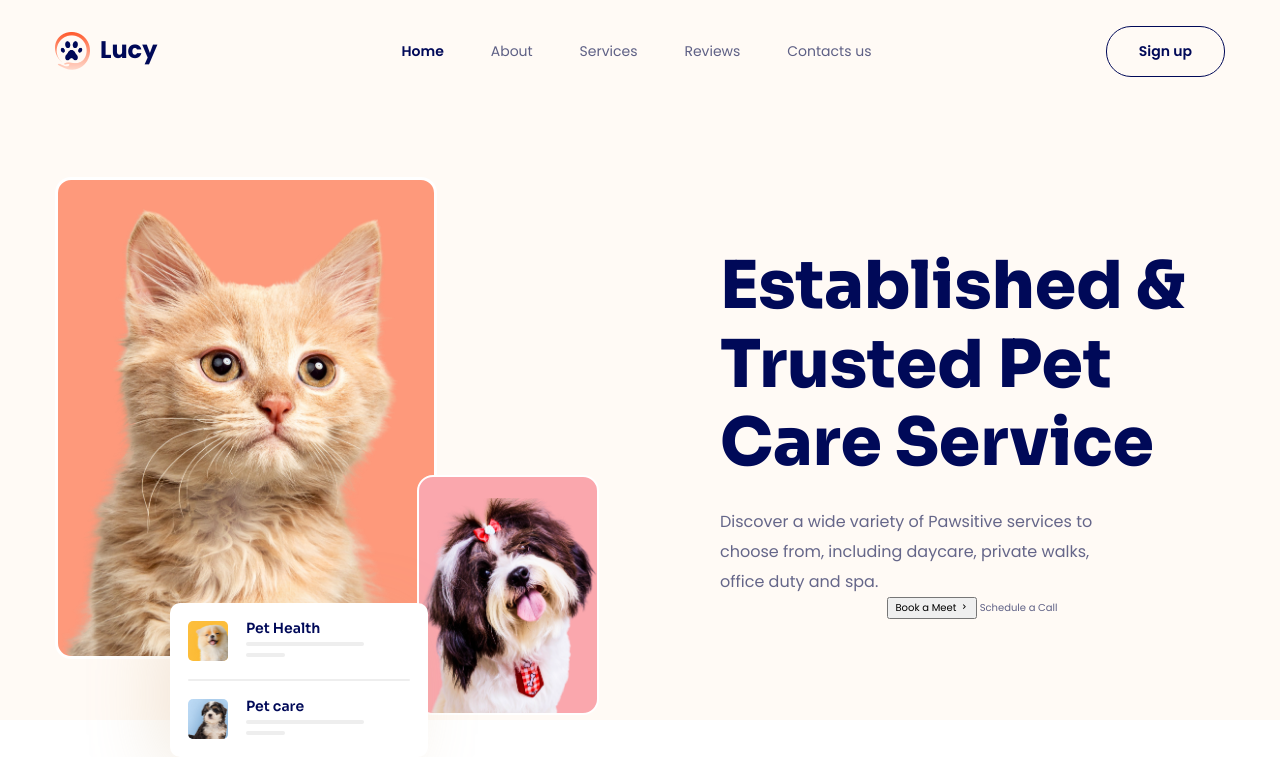
Repository: Cuongquaidan/F8projeact-04
Page: index.html
An editor plug-in stored every save of this project. The page is shown before and after the next save, followed by the edit.
The browser window is 1280 px wide. The pictures show the whole page.

Above is the page before, as saved 2023-04-15 10:13:33.

### index.html
<!DOCTYPE html>
<html lang="en">
    <head>
        <meta charset="UTF-8" />
        <meta http-equiv="X-UA-Compatible" content="IE=edge" />
        <meta name="viewport" content="width=device-width, initial-scale=1.0" />
        <title>F8project-4</title>
        <!-- reset css -->
        <link rel="stylesheet" href="./asset/css/reset.css" />
        <!-- font -->
        <link rel="preconnect" href="https://fonts.googleapis.com" />
        <link rel="preconnect" href="https://fonts.gstatic.com" crossorigin />
        <link
            href="https://fonts.googleapis.com/css2?family=Poppins:ital,wght@0,200;0,300;0,400;0,500;0,600;0,700;0,800;0,900;1,100;1,200;1,300;1,400;1,500;1,600;1,700;1,800;1,900&family=Sora:wght@100;200;300;400;500;600;700;800&display=swap"
            rel="stylesheet"
        />
        <!-- icon -->
        <link
            href="https://unpkg.com/boxicons@2.1.4/css/boxicons.min.css"
            rel="stylesheet"
        />

        <!-- styles -->
        <link rel="stylesheet" href="./asset/css/styles.css" />
        <link rel="stylesheet" href="./asset/css/responsive.css" />
    </head>
    <body>
        <div class="header">
            <div class="container">
                <a href="#" class="brand__link">
                    <div class="header__brand">
                        <img
                            src="./asset/img/logo.png"
                            alt="Lucy"
                            class="brand__img"
                        />
                        <span class="brand__name">Lucy</span>
                    </div>
                </a>
                <ul class="header__nav">
                    <li class="header__nav-item">
                        <a
                            href="#header"
                            class="nav-item__link nav-item--active"
                            >Home</a
                        >
                    </li>
                    <li class="header__nav-item">
                        <a href="#about" class="nav-item__link">About</a>
                    </li>
                    <li class="header__nav-item">
                        <a href="#services" class="nav-item__link">Services</a>
                    </li>
                    <li class="header__nav-item">
                        <a href="#reviews" class="nav-item__link">Reviews</a>
                    </li>
                    <li class="header__nav-item">
                        <a href="#contacts" class="nav-item__link"
                            >Contacts us</a
                        >
                    </li>
                </ul>
                <div class="header__action">
                    <button class="header__action-btn">Sign up</button>
                </div>
            </div>
            <div class="hero">
                <div class="container hero__container">
                    <div class="hero__cards">
                        <div class="cards__media">
                            <div class="cards__main-card">
                                <img src="./asset/img/pattern-1.svg" alt="pattern" class="main-card__decor">
                                <img
                                    src="./asset/img/conmeovang.png"
                                    alt="Meomeo"
                                    class="main-cards__img"
                                />
                                <img src="./asset/img/pattern-2.svg" alt="pattern" class="main-card__decor">
                            </div>
                            <div class="cards__sub-card">
                                <img
                                    src="./asset/img/conchohong.png"
                                    alt="Pets"
                                    class="sub-cards__img"
                                />
                            </div>
                        </div>
                        <div class="cards__info-card">
                            <div class="info-card__pet">
                                <div class="pet__bg-img"><img src="./asset/img/conchovang.png" alt="pets" class="pet__img"></img></div>
                                   <div class="info__inner-card">
                                    <p class="pet__title">Pet Health</p>
                                    <div class="pet__skeleton-long"></div>
                                    <div class="pet__skeleton-short"></div>
                                   </div>

                            </div>
                            <div class="seperate"></div>
                            <div class="info-card__pet">
                                <div class="pet__bg-img"> <img src="./asset/img/conchoxanh.png" alt="pets" class="pet__img"></img></div>
                                <div class="info__inner-card">
                                    <p class="pet__title">Pet care</p>
                                <div class="pet__skeleton-long"></div>
                                <div class="pet__skeleton-short"></div>
                                </div>
                            </div>
                        </div>
                    </div>
                    <section class="hero__contents">
                        <p class="hero__contents-title title">Established &
                            Trusted Pet
                            Care Service</p>
                        <p class="hero__contents-desc desc">
                            Discover a wide variety of Pawsitive services to choose from, including daycare, private walks, office duty and spa.
                        </p>
                        <div class="hero__contents-booking">
                            <button class="btn booking__btn">Book a Meet <span class="book-chevron"><i class='bx bx-chevron-right'></i></span></button>
                            <a href="#!" class="booking-call">Schedule a Call</a>
                        </div>
                    </section>
                </div>
            </div>
        </div>
        <script src="./app.js"></script>
    </body>
</html>

### asset/css/styles.css
* {
    box-sizing: border-box;
}
html {
    font-size: 62.5%;
}

:root {
    --primary-background-color: #fffaf5;
    --primary-font-tittle: "Sora", sans-serif;
    --primary-color: #000958;
}
body {
    font-size: 1.6rem;
    font-family: "Poppins", sans-serif;
}
/* comman */
input,
textarea,
select,
button {
    font-size: inherit;
    font-family: inherit;
}
a {
    text-decoration: none;
    color: #5e6085;
}
.container {
    width: 1170px;
    margin-left: auto;
    margin-right: auto;
    display: flex;
    text-align: center;
}
.title {
    color: var(--primary-color);
    font-family: "Sora", sans-serif;
    font-size: 5.2em;
    font-weight: 800;
    text-align: left;
}
.desc {
    font-weight: 400;
    font-size: 16px;
    line-height: 30px;
    text-align: left;
    color: #656689;
}
/* header */
.header {
    background-color: var(--primary-background-color);
    padding-top: 26px;
    height: 100vh;
    font-size: 1rem;
}

.header .container {
    justify-content: space-between;
}
.header__brand {
    display: flex;
    text-align: center;
    padding: 6px 0px;
}
.brand__img {
    width: 35px;
    height: auto;
    object-fit: cover;
}
.brand__name {
    color: var(--primary-color);
    font-size: 2.4em;
    font-weight: 700;
    padding: 6px 10px;
}
.header__nav {
    display: flex;
    width: 490px;
    justify-content: space-between;
    text-align: center;
}
.header__nav-item {
    padding: 18px 10px;
    font-size: 1.4em;
    color: #5e6085;
}
.nav-item--active {
    font-weight: 600;
    color: var(--primary-color);
}
.header__action-btn {
    font-size: 1.4em;
    font-weight: 600;
    padding: 14px 32px;
    border: 1px solid var(--primary-color);
    color: var(--primary-color);
    background-color: var(--primary-background-color);
    border-radius: 25px;
}
/* hero */
.hero {
    margin-top: 100px;
    font-size: 1rem;
}
.hero__container {
    display: grid;
    grid-template-columns: repeat(2, 1fr);
}
.hero__cards {
    position: relative;
}
.cards__media {
    display: flex;
    align-items: end;
}

.cards__main-card {
    position: relative;
    width: 382px;
    height: 482px;
    background-color: #fe997b;
    border: 3px solid white;
    border-radius: 16px;
}
.main-cards__img {
    position: absolute;
    bottom: 0;
    left: 0;
    max-width: 100%;
    border-radius: 16px;
}
.main-card__decor {
    position: absolute;
    z-index: -1;
    top: 17px;
    right: -35px;
}
.main-card__decor:nth-child(3) {
    position: absolute;
    top: auto;
    right: auto;
    bottom: 10px;
    left: -58px;
}

.cards__sub-card {
    position: relative;
    margin-left: -20px;
    transform: translateY(56px);
    width: 182px;
    height: 240px;
    background-color: #faa7ad;
    border: 2px solid white;
    border-radius: 16px;
}
.sub-cards__img {
    position: absolute;
    bottom: 0;
    left: 0;
    max-width: 100%;
    border-radius: 16px;
}
.cards__info-card {
    position: absolute;
    top: 426px;
    right: 212px;
    background-color: white;
    box-shadow: -17px 14px 68px -4px rgba(207, 174, 132, 0.25);
    border-radius: 10px;
}

.info-card__pet {
    display: flex;
}
.seperate {
    width: 222px;
    margin-left: 18px;
    margin-right: 18px;
    background-color: #eee;
    height: 2px;
    border-radius: 1px;
}
.pet__bg-img {
    background-color: #fdbf3d;
    margin: 18px;
    width: 40px;
    height: 40px;
    border-radius: 5px;
}
.info-card__pet:nth-child(3) .pet__bg-img {
    background-color: #bcdaf5;
}
.pet__img {
    width: 100%;
    border-radius: 5px;
}
.info__inner-card {
    margin-top: 18px;
    display: flex;
    flex-direction: column;
    align-items: start;
}
.pet__title {
    color: var(--primary-color);
    font-family: "Sora", sans-serif;
    font-size: 1.4em;
    font-weight: 600;
}
.pet__skeleton-long {
    margin-top: 7px;
    margin-bottom: 7px;
    background-color: #eee;
    border-radius: 3px;
    width: 118px;
    height: 4px;
}
.pet__skeleton-short {
    background-color: #eee;
    border-radius: 3px;
    width: 39px;
    height: 4px;
}
.hero__contents {
    padding-top: 70px;
    padding-left: 80px;
}
.hero__contents-title {
    font-size: 6.6em;
    line-height: 1.19;
    margin-bottom: 24px;
    margin-right: 30px;
}
.hero__contents-desc {
    width: 390px;
}

Loaded but not shown: asset/css/reset.css (common file); app.js (no copy from this time; the picture is the same without it); asset/css/responsive.css (no stored copy; drawn as an empty file)

After the next save:
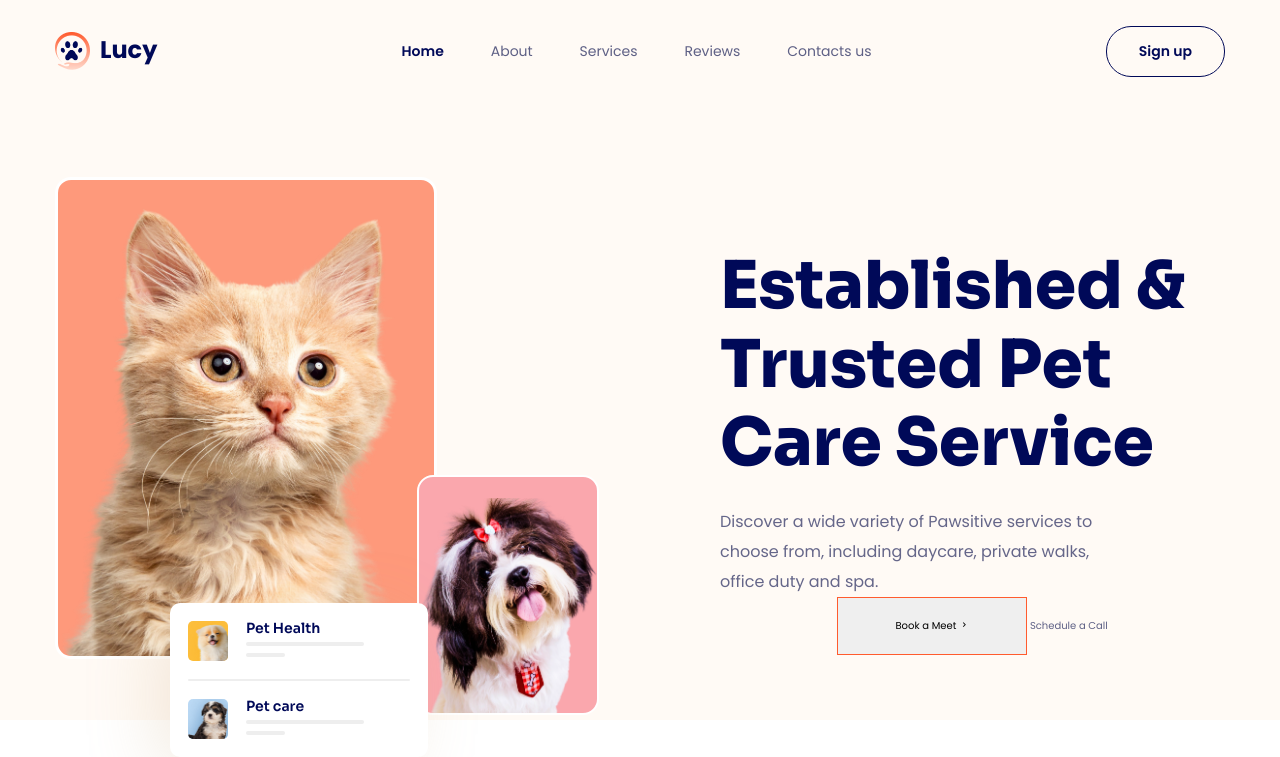
Saved 2 min 6 s later.
--- a/asset/css/styles.css
+++ b/asset/css/styles.css
@@ -46,6 +46,11 @@ a {
     line-height: 30px;
     text-align: left;
     color: #656689;
+}
+.btn {
+    height: 58px;
+    min-width: 190px;
+    border: 1px solid #ff5b2e;
 }
 /* header */
 .header {
